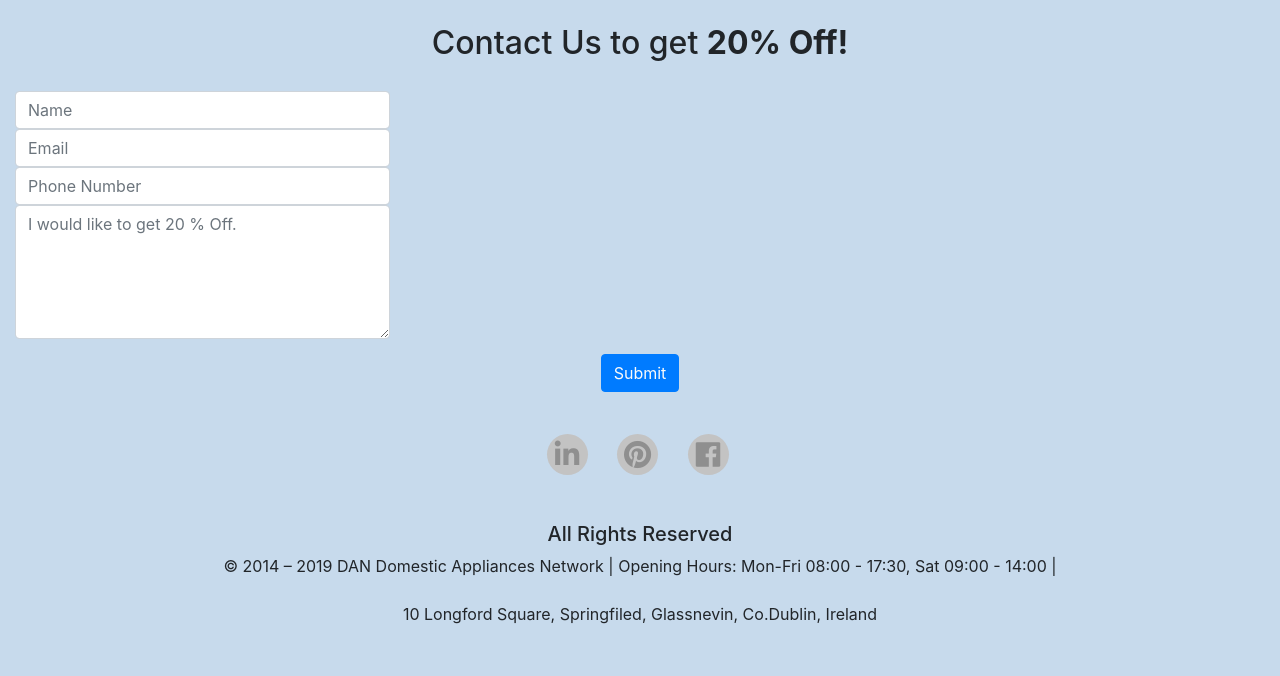
Repository: martynapacula/project-one
Page: index.html
The author's editor kept a record of every edit. The page is drawn from the files as they stood at one moment, then again after the next edit.
The browser window is 1280 px wide. The pictures show the part of the page from y = 4134 to 4810 px (the page is 4810 px tall).
A picture or video elsewhere on the page could not be fetched, so the positions and the page height are approximate.

Above is the page before.

### index.html
<!DOCTYPE html>
<html lang="en">

<head>
  <meta charset="UTF-8">
  <meta name="viewport" content="width=device-width, initial-scale=1.0">
  <meta http-equiv="X-UA-Compatible" content="ie=edge">
  <link rel="stylesheet" href="https://stackpath.bootstrapcdn.com/bootstrap/4.3.1/css/bootstrap.min.css" type="text/css" />
  <link rel="stylesheet" href="https://stackpath.bootstrapcdn.com/font-awesome/4.7.0/css/font-awesome.min.css" type="text/css" />
  <link rel="stylesheet" href="https://cdnjs.cloudflare.com/ajax/libs/font-awesome/4.7.0/css/font-awesome.min.css">
  <link rel="stylesheet" href="https://use.fontawesome.com/releases/v5.7.0/css/all.css" integrity="sha384-lZN37f5QGtY3VHgisS14W3ExzMWZxybE1SJSEsQp9S+oqd12jhcu+A56Ebc1zFSJ" crossorigin="anonymous">
  <link rel="stylesheet" href="style.css">
  <title>Delivery Appliance Network</title>
</head>

<body>

  <section>
    <header>
      <!-------------------------------------------------------------------Navbar------>
      <nav class="navbar navbar-expand-lg navbar-light bg-light">
        <a style="color:white" class="navbar-brand" href="#jumbotron">DAN</a>
        <button class="navbar-toggler" type="button" data-toggle="collapse" data-target="#navbarText" aria-controls="navbarText" aria-expanded="false" aria-label="Toggle navigation">
    <span class="navbar-toggler-icon"></span>
  </button>
        <div class="collapse navbar-collapse" id="navbarText">
          <ul class="navbar-nav mr-auto">
            <li class="nav-item active">
              <a style="color:white" class="nav-link" href="#services">Services <span class="sr-only">(current)</span></a>
            </li>
            <li class="nav-item">
              <a style="color:white" class="nav-link" class='page-scroll' href="#aboutus">About Us</a>
            </li>
            <li class="nav-item">
              <a style="color:white" class="nav-link" class='page-scroll' href="#DIY">Do It Yourself</a>
            </li>
            <li class="nav-item">
              <a style="color:white" class="nav-link" class='page-scroll' href="#review">Testimonials</a>
            </li>

          </ul>
          <span style="color:white" class="navbar-text">
      Call Us now ! 0860300662
    </span>
        </div>
      </nav>
    </header>
  </section>

  <!-----Jumbotron------>
  <section id="jumbotron" class="callout jumbotron text-center">
    <div class="container-fluid callout-container">
      <div class="jumbotron">
        <h1 class="display-4 dan-front">
          <center>Domestic Appliances Network</center>
        </h1>
        <p class=" dan-front-text">Experience, Services and High Quality Appliances Delivered Straight to Your Doorstep</p>
        <hr class="my-4">
        <a class="btn btn-primary btn-lg" href="#contactnav" role="button">Get 20% Off</a>
      </div>
    </div>

  </section>


    <!----------------About Us--------------------------------------->

  <section id="aboutus" class='container-fluid bg-about'>
    <div class="row ">
      <div class="col">
        <div>
          <h1 class='heading'>
            About Us
          </h1>
          </div>
          <div class='about-position'>
           <img src="image/DAN3.jpg" class='img-about' alt="Daniel">
           <p  class='about-position' class='text-about'>
              Our team is fully qualified and and insured.
              <br> We have over 10 years of experience in repair of various domestic and commercial appliances.
              <br> Our team is proud and dedicated to provide excellent and fast service across all Dublin areas.
              <br>We provide additional services such as installation, exchange and delivery of all appliances.
            </p>
          </div>
        <div>
          <h2 class="map-text  about-position map-block">We cover North and South Dublin !</h2>
          <iframe class="map about-position map-block" src="https://www.google.com/maps/embed?pb=!1m18!1m12!1m3!1d152515.98634570363!2d-6.385788728975394!3d53.32423806473198!2m3!1f0!2f0!3f0!3m2!1i1024!2i768!4f13.1!3m3!1m2!1s0x48670e80ea27ac2f%3A0xa00c7a9973171a0!2sDublin!5e0!3m2!1sen!2sie!4v1561494702558!5m2!1sen!2sie"
            frameborder="0" style="border:0" allowfullscreen></iframe>

        </div>
      </div>
    </div>
</section>

  <!--------------------------Services--------------------------->

  <section id="services" class='container-fluid bg-service'>
    <div class="row ">
      <div class="col">
        <div>
          <h1 class='heading'>
            Our Services
          </h1>
        </div>
        <div class="service-comment mobile-service">
          <i class="fas fa-tools"> </i>
          <h3>Repair</h3>
          <p> We repair washing machines, dishwashers, ovens, dryers and many more </p>
        </div>

        <div class="service-comment mobile-service">
          <i class="fas fa-cogs "></i>
          <h3>Installation</h3>
          <p> We can instal washing machines, dishwashers, ovens, dryers into your kitchen </p>
        </div>

        <div class="service-comment mobile-service">
          <i class="fas fa-dolly "></i>
          <h3>Delivery</h3>
          <p> We deliver to all parts of Dublin area </p>

        </div>

      </div>
    </div>
  </section>

  <!----------------Our DIY --------------------------------------->
  <section id="DIY" class='container-fluid bg-about'>
    <div class="row ">
      <div class="col">
        <div class='heading'>
          <h1>
            <strong> Do It Yourself !</strong>
          </h1>
          <div>
            <div class='diy-p'>
              <p>
                <center>Checkout very helpful videos and a podcasts on the most popular errors that may occur in your everyday appliances.<br> You might repair it by yourself at home !</center>
              </p>
            </div>
            <div>
              <iframe width="90%" height="auto" src="https://www.youtube.com/embed/wUL5Wb1T71c" frameborder="0" allow="accelerometer; autoplay; encrypted-media; gyroscope; picture-in-picture" allowfullscreen class='video'></iframe>
            </div>
            <div class='diy-p'>
              <p>
                <center>Listen to the podcast entitled 'Which Washer should I buy' from Fixitnow.com Appliance Repair Radio !</center>
              </p>

            </div>
            <div>
              <audio controls class='audio-bar'>
  <source  src="http://podcast.fixitnow.com/farr/Media/FARR-17.m4a" type="audio/ogg">
  <source  src="http://podcast.fixitnow.com/farr/Media/FARR-17.m4a" type="audio/mpeg">

</audio>
            </div>

  </section>

  <!----------------Testimonials--------------------------------------->
  <section id="review" class='container-fluid bg-service'>
    <div class="row ">
      <div class="col">
        <div class='heading'>
          <h1>
            Testimonials
          </h1>
        </div>
        <div class="quote quote-media">
          <div>
            <img class="womanimage" style="" src="https://i.pinimg.com/564x/27/c0/1f/27c01fb3d8db345476c7d8c1b1731c27.jpg"></img>
          </div>
          <div class="margaret" style="">
            <h3>-Margaret</h3>
            <p class='benjamin-p'> I am delighted with Domestic Appliance Network.<br> My washing machine was leaking, engineer that came over was professional and knowledgeable.<br> He even cleaned dirty and smelly tubes inside the machine ! Great service DAN keep it up !</p>
          </div>
        </div>
        <div class='quote quote-media'>
          <div>
            <img class="manimage" style="" src="https://i.pinimg.com/564x/d0/59/fa/d059fae82fae1c14e66fe1e7111af253.jpg"></img>
          </div>
          <div class="benjamin" style=''>
            <h3>-Benjamin</h3>
            <p class='benjamin-p'> I would highly recommend Domestic Appliance Network. <br> My dishwasher was repaired within 24 hrs. Very compeditive prices.<br>
            </p>
          </div>
        </div>
      </div>
    </div>

    <!----------------Contact Us--------------------------------------->

    <section class="contact" id="contactnav" class='container-fluid bg-service'>

      <img width='100%' height='auto' class="background-contact" scr="" </img>

      <div class='heading'>
        <h2>
         Contact Us to get <strong> 20% Off!</strong>
        </h2>
      </div>
                    <form>
                        <input type="text" name="name" id='fullname' class='form-control' placeholder='Name' required/>
                        <input type="email" name="email" id='emailadress' class='form-control' placeholder='Email' required/>
                        <input type="number" name="number" id='number' class='form-control' placeholder='Phone Number' required/>
                        <textarea rows='5' name="date-venue" id='date-venue' class='form-control' placeholder='I would like to get 20 % Off.' required></textarea>
                        <div class="form-row text-center">
                            <div class="col">
                                <button type='submit' class='btn btn-primary'>Submit</button>
                            </div>
                        </div>
                    </form>
                </div>
            </div>
        </div>
    </section>


    <footer>
      <div class="container">
        <div class="row foot">
          <div class="col-xs-12 col-sm-12 icons">
             <a href="https://www.linkedin.com" target="_blank"><i class="logo fab fa-linkedin-in alignment"></i></a>
             <a href="https://www.pinterest.com" target="_blank"><i class="logo fab fa-pinterest alignment"></i>
             <a href="https://www.facebook.com" target="_blank"><i class="logo fab fa-facebook  alignment"></i></a>
          </div>
        </div>
      </div>
      <h5>
        <br> <center>All Rights Reserved</center>
      </h5>
      <h7 <br><center> © 2014 – 2019 DAN Domestic Appliances Network | Opening Hours: Mon-Fri 08:00 - 17:30, Sat 09:00 - 14:00 | </center> </7>
      <br> <center>10 Longford Square, Springfiled, Glassnevin, Co.Dublin, Ireland </center> </h7>



    </footer>



    <script src="https://code.jquery.com/jquery-3.3.1.slim.min.js " integrity="sha384-q8i/X+965DzO0rT7abK41JStQIAqVgRVzpbzo5smXKp4YfRvH+8abtTE1Pi6jizo " crossorigin="anonymous "></script>
    <script src="https://cdnjs.cloudflare.com/ajax/libs/popper.js/1.14.3/umd/popper.min.js " integrity="sha384-ZMP7rVo3mIykV+2+9J3UJ46jBk0WLaUAdn689aCwoqbBJiSnjAK/l8WvCWPIPm49 " crossorigin="anonymous "></script>
    <script src="https://stackpath.bootstrapcdn.com/bootstrap/4.1.3/js/bootstrap.min.js " integrity="sha384-ChfqqxuZUCnJSK3+MXmPNIyE6ZbWh2IMqE241rYiqJxyMiZ6OW/JmZQ5stwEULTy " crossorigin="anonymous "></script>
</body>

</html>

### style.css
/*---------------Navbar------------*/

.bg-light {
    background-color: #3B7EC0!important;
}

/*-----------background-----------*/

.callout-container {


    background: url(https://i.pinimg.com/564x/cd/ba/aa/cdbaaa7fb8f201ebf291ccb854a77ae5.jpg);
    background-repeat: no-repeat;
    background-position: center;
    -moz-background-size: cover;
    -webkit-background-size: cover;
    -o-background-size: cover;
    background-size: cover;
    width: -webkit-fill-available;
    height: -webkit-fill-available;
    padding-top: 100px;
}

.opaque-overlay {
    position: absolute;
    top: 0;
    left: 0;
    height: 100%;
    width: 100%;
    background-color: rgba(0, 0, 0, 0.5);
}

.jumbotron {
    background-color: transparent;
    padding: 0;
    margin: 0px;
}

.jumbotron h1 {
    color: Black;
    font-weight: bold;
    margin-bottom: 30px;

}

.navbar {
    position: fixed;
    top: 0;
    width: 100%;
    z-index: 1;
}

.dan-front {
    text-shadow: -1px 0 white, 0 1px white, 1px 0 white, 0 -1px;
}

.dan-front-text {
    font-size: 30px;
    font-weight: 900;
}

/*-----------Our Services-----------*/

.heading {
    text-align: center;
    font-weight: bold;
    padding: 20px 0px;


}

.bg-service {
    background-color: #c7daec;
    padding-bottom: 50px;
}


.service-comment {
    display: inline-table;
    height: auto;
    width: auto;
    max-width: 32%;
    text-align: center;
    font-size: 30px;
}




@media (max-width: 576px) {
    .mobile-service {
        display: block;
        width: 100%;
        height: auto;
        text-align: center;
        max-width: 100%;
        padding: 20px 0px;
    }
}


.fas {
    font-size: 50px;
    padding-bottom: 20px;

}

/*-----------About Us-----------*/

.about-position {
     display: inline-table;
}




.img-about {
    vertical-align: middle;
    border-style: none;
    height: auto;
    border-radius: 25px;
    width: 30%;
}



.bg-about {
    background-color: #F0F2F3;
}

.text-about {
    text-align: center;
    padding-top: 50px;
    font-size: 30px;

}

.map {

    border-radius: 15px;
    display: block;
    padding-top: 50px;
    width: 100%;
    padding-bottom: 30px;
    height: 500px;
}

.map-text {
    float: left;
    display: block;
    padding-top: 20px;
    width: 100%;
    text-align: center;
}



/*-----------DIY-----------*/

.audio-bar {
    width: 40%;

}

.video {
    min-height: 400px;
}

.diy-p {
    font-size: 25px;
}

/*-----------Testimonials-----------*/

.quote {

    text-align: center;
}

.womanimage {
    border-radius: 50%;

}


.manimage {
    border-radius: 50%;
}

.benjamin {
    padding-top: 80px;

}

.benjamin-p {
    display: grid;
    padding-left: 30px;
    font-size: 30px;
    padding-bottom: 50px;
}

.margaret {
    padding-top: 40px;

}


@media (max-width: 576px) {

    .quote-media {
        display: block;
        width: 100%;
        height: auto;
    }

}

/*-----------Contact Us-----------*/



 .contact-heading {
  font-weight: 600;
  margin-top: 25px;
  margin-bottom: 20px;
  color: #edf302;
 }

 .center-form {
  padding-top: 10px;
  margin: 0 auto;
  max-width: 70%;
 }

 button[type='submit'] {
  margin-top: 15px;
  margin-bottom: 20px;
  color: #fafafa;
  background-color: #007bff;
 }

 .uppercase {
  text-transform: uppercase;
 }

 .centered-contact {
 padding-top: 30px;
  text-shadow: -1px 0 black, 0 1px black, 1px 0 black, 0 -1px black;
 }

.form-control {
width: 30%;
}





/*-----------Footer-----------*/

.container {
    alignment-baseline: central;
}

footer {
    border-color: transparent;
    text-align: center;
}

.foot {
    margin-bottom: 20px;
    padding-top: 20px;
}

a {
    padding: 5px 15px 5px 10px;
    background-color: transparent;
}

.alignment {
    line-height: 2px;
}

.logo {
    display: inline-block;

    background-color: #C3C3C3;
    color: #8F8F8F;
    width: 41px;
    height: 41px;
    padding: 20px 0;
    border-radius: 50%;
    font-size: 28px;
    text-align: center;
    vertical-align: middle;
    transition: all .3s ease-in-out;
    -moz-transition: all .3s ease-in-out;
    -webkit-transition: all .3s ease-in-out;
    margin-top: 2.5px;
    margin-bottom: 2.5px;

}

logo:hover {
    color: #564F6F;

}

After the next edit:
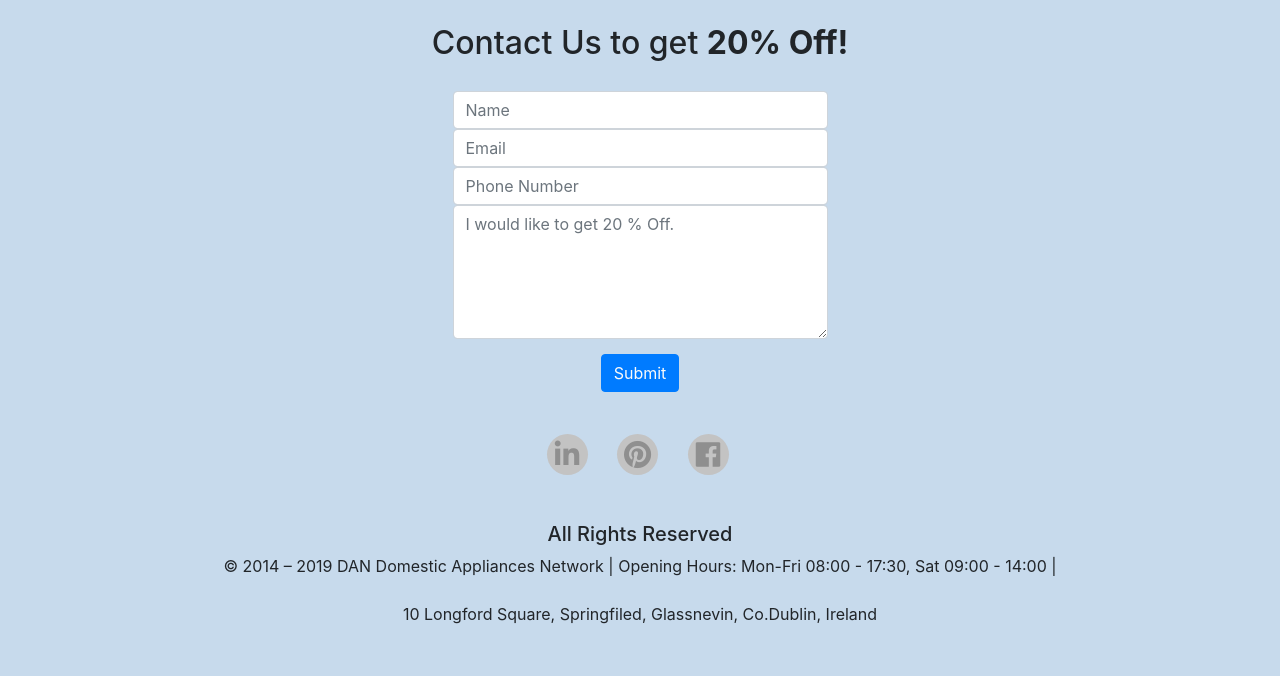
The edit:
--- a/index.html
+++ b/index.html
@@ -200,7 +200,7 @@
          Contact Us to get <strong> 20% Off!</strong>
         </h2>
       </div>
-                    <form>
+                    <center><form>
                         <input type="text" name="name" id='fullname' class='form-control' placeholder='Name' required/>
                         <input type="email" name="email" id='emailadress' class='form-control' placeholder='Email' required/>
                         <input type="number" name="number" id='number' class='form-control' placeholder='Phone Number' required/>
